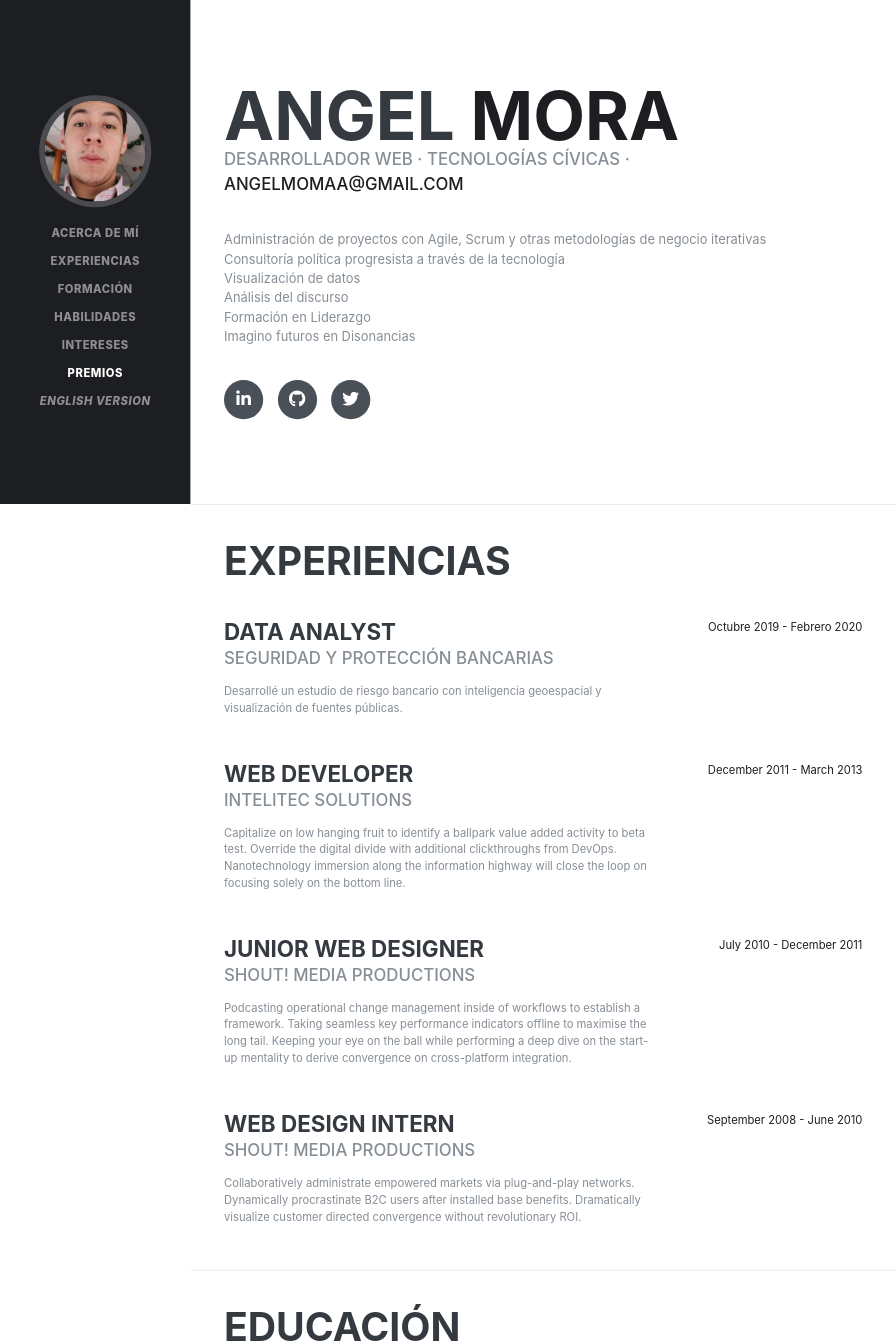
Repository: angel-mora/about-me
Page: es-index.html
These files come from the project's save history. The page is drawn as it stood at one moment and after the next save; the edit follows.
The browser window is 1280 px wide. The pictures show the part of the page from y = 0 to 1920 px (the page is 4779 px tall), at 70% of full size.
Some web fonts or font styles are not loaded; a fallback is used.

Above is the page before, as saved 2020-06-29 22:29:28.

### es-index.html
<!DOCTYPE html>
<html lang="es">

<head>

    <meta charset="utf-8">
    <meta name="viewport" content="width=device-width, initial-scale=1, shrink-to-fit=no">
    <meta name="description" content="">
    <meta name="author" content="">

    <title>Angel Moma</title>

    <!-- Bootstrap core CSS -->
    <link href="vendor/bootstrap/css/bootstrap.min.css" rel="stylesheet">

    <!-- Custom fonts for this template -->
    <link href="https://fonts.googleapis.com/css?family=Saira+Extra+Condensed:500,700" rel="stylesheet">
    <link href="https://fonts.googleapis.com/css?family=Muli:400,400i,800,800i" rel="stylesheet">
    <link href="vendor/fontawesome-free/css/all.min.css" rel="stylesheet">

    <!-- Custom styles for this template -->
    <link href="css/resume.min.css" rel="stylesheet">

</head>

<body id="page-top">

    <nav class="navbar navbar-expand-lg navbar-dark bg-primary fixed-top" id="sideNav">
        <a class="navbar-brand js-scroll-trigger" href="#page-top">
            <span class="d-block d-lg-none">¡CONÓCEME!</span>
            <span class="d-none d-lg-block">
                <img class="img-fluid img-profile rounded-circle mx-auto mb-2" src="img/profile.jfif" alt="">
            </span>
        </a>
        <button class="navbar-toggler" type="button" data-toggle="collapse" data-target="#navbarSupportedContent" aria-controls="navbarSupportedContent" aria-expanded="false" aria-label="Toggle navigation">
            <span class="navbar-toggler-icon"></span>
        </button>
        <div class="collapse navbar-collapse" id="navbarSupportedContent">
            <ul class="navbar-nav">
                <li class="nav-item">
                    <a class="nav-link js-scroll-trigger" href="#about">Acerca de mí</a>
                </li>
                <li class="nav-item">
                    <a class="nav-link js-scroll-trigger" href="#experience">Experiencias</a>
                </li>
                <li class="nav-item">
                    <a class="nav-link js-scroll-trigger" href="#education">Formación</a>
                </li>
                <li class="nav-item">
                    <a class="nav-link js-scroll-trigger" href="#skills">Habilidades</a>
                </li>
                <li class="nav-item">
                    <a class="nav-link js-scroll-trigger" href="#interests">Intereses</a>
                </li>
                <li class="nav-item">
                    <a class="nav-link js-scroll-trigger" href="#awards">Premios</a>
                </li>
                <li class="nav-item">
                    <a class="nav-link js-scroll-trigger font-italic" href="en-index.html">English version</a>
                </li>
            </ul>
        </div>
    </nav>

    <div class="container-fluid p-0">

        <section class="resume-section p-3 p-lg-5 d-flex align-items-center" id="about">
            <div class="w-100">
                <h1 class="mb-0">Angel
                    <span class="text-primary">Mora</span>
                </h1>
                <div class="subheading mb-5">Desarrollador Web · Tecnologías cívicas ·
                    <a href="mailto:angelmomaa@gmail.com">angelmomaa@gmail.com</a>
                </div>
                <p class="lead mb-5">Administración de proyectos con Agile, Scrum y otras metodologías de negocio iterativas
                    <br>Consultoría política progresista a través de la tecnología
                    <br>Visualización de datos
                    <br>Análisis del discurso
                    <br>Formación en Liderazgo
                    <br>Imagino futuros en Disonancias
                    <!-- añadir algo de coaching profesional y psicológico-->
                </p>
                <div class="social-icons">
                    <a href="https://www.linkedin.com/in/angelmoram/">
                        <i class="fab fa-linkedin-in"></i>
                    </a>
                    <a href="https://github.com/angel-mora">
                        <i class="fab fa-github"></i>
                    </a>
                    <a href="https://twitter.com/angelmoma_">
                        <i class="fab fa-twitter"></i>
                    </a>
                    <!--
                      <a href="#">
                        <i class="fab fa-facebook-f"></i>
                    </a>
                  -->
                </div>
            </div>
        </section>

        <hr class="m-0">

        <section class="resume-section p-3 p-lg-5 d-flex justify-content-center" id="experience">
            <div class="w-100">
                <h2 class="mb-5">Experiencias</h2>

                <div class="resume-item d-flex flex-column flex-md-row justify-content-between mb-5">
                    <div class="resume-content">
                        <h3 class="mb-0">Data Analyst</h3>
                        <div class="subheading mb-3">Seguridad y Protección Bancarias</div>
                        <p>Desarrollé un estudio de riesgo bancario con inteligencia geoespacial y visualización de fuentes públicas.
                        </p>
                    </div>
                    <div class="resume-date text-md-right">
                        <span class="text-primary">Octubre 2019 - Febrero 2020</span>
                    </div>
                </div>

                <div class="resume-item d-flex flex-column flex-md-row justify-content-between mb-5">
                    <div class="resume-content">
                        <h3 class="mb-0">Web Developer</h3>
                        <div class="subheading mb-3">Intelitec Solutions</div>
                        <p>Capitalize on low hanging fruit to identify a ballpark value added activity to beta test. Override the digital divide with additional clickthroughs from DevOps. Nanotechnology immersion along the information highway will close
                            the loop on focusing solely on the bottom line.</p>
                    </div>
                    <div class="resume-date text-md-right">
                        <span class="text-primary">December 2011 - March 2013</span>
                    </div>
                </div>

                <div class="resume-item d-flex flex-column flex-md-row justify-content-between mb-5">
                    <div class="resume-content">
                        <h3 class="mb-0">Junior Web Designer</h3>
                        <div class="subheading mb-3">Shout! Media Productions</div>
                        <p>Podcasting operational change management inside of workflows to establish a framework. Taking seamless key performance indicators offline to maximise the long tail. Keeping your eye on the ball while performing a deep dive on the
                            start-up mentality to derive convergence on cross-platform integration.</p>
                    </div>
                    <div class="resume-date text-md-right">
                        <span class="text-primary">July 2010 - December 2011</span>
                    </div>
                </div>

                <div class="resume-item d-flex flex-column flex-md-row justify-content-between">
                    <div class="resume-content">
                        <h3 class="mb-0">Web Design Intern</h3>
                        <div class="subheading mb-3">Shout! Media Productions</div>
                        <p>Collaboratively administrate empowered markets via plug-and-play networks. Dynamically procrastinate B2C users after installed base benefits. Dramatically visualize customer directed convergence without revolutionary ROI.</p>
                    </div>
                    <div class="resume-date text-md-right">
                        <span class="text-primary">September 2008 - June 2010</span>
                    </div>
                </div>

            </div>

        </section>

        <hr class="m-0">

        <section class="resume-section p-3 p-lg-5 d-flex align-items-center" id="education">
            <div class="w-100">
                <h2 class="mb-5">Educación</h2>

                <div class="resume-item d-flex flex-column flex-md-row justify-content-between mb-5">
                    <div class="resume-content">
                        <h3 class="mb-0">Microverse.org</h3>
                        <div class="subheading mb-3">Programa de Desarrollador Web <i>Full-stack</i></div>
                        <div>Curso remoto intensivo en inglés de 8 meses (alrededor de 1000 horas efectivas de programación) para perfil de diseñador y desarrollador de aplicaciones web.<br>Capacidad para desarrollar prototipos y gestionar Start-ups.</div>
                        <!-- <p>GPA: 3.23</p> -->
                    </div>
                    <div class="resume-date text-md-right">
                        <span class="text-primary">Febrero 2020</span>
                    </div>
                </div>

                <div class="resume-item d-flex flex-column flex-md-row justify-content-between mb-5">
                    <div class="resume-content">
                        <h3 class="mb-0">Fundación Friedrich Ebert</h3>
                        <div class="subheading mb-3">Programa de Liderazgos Progresistas</div>
                        <div>Curso remoto intensivo en inglés de 8 meses (alrededor de 1000 horas efectivas de programación) para perfil de diseñador y desarrollador de aplicaciones web.<br>Capacidad para desarrollar prototipos y gestionar Start-ups.
                        </div>
                        <!-- <p>GPA: 3.23</p> -->
                    </div>
                    <div class="resume-date text-md-right">
                        <span class="text-primary">Mayo - Diciembre 2018</span>
                    </div>
                </div>

                <div class="resume-item d-flex flex-column flex-md-row justify-content-between">
                    <div class="resume-content">
                        <h3 class="mb-0">Universidad Nacional Autónoma de México</h3>
                        <div class="subheading mb-3">Licenciatura en Filosofía</div>
                        <p>Promedio general: 9.68 / 10</p>
                    </div>
                    <div class="resume-date text-md-right">
                        <span class="text-primary">Enero 2014 - Mayo 2018</span>
                    </div>
                </div>

            </div>
        </section>

        <hr class="m-0">

        <section class="resume-section p-3 p-lg-5 d-flex align-items-center" id="skills">
            <div class="w-100">
                <h2 class="mb-5">Habilidades</h2>

                <div class="subheading mb-3">Lenguajes Web &amp; Librerías</div>
                <!-- add Leaflet, GIS, R Studio, Python -->
                <ul class="list-inline dev-icons">
                    <li class="list-inline-item">
                        <i class="fab fa-html5"></i>
                    </li>
                    <li class="list-inline-item">
                        <i class="fab fa-css3-alt"></i>
                    </li>
                    <li class="list-inline-item">
                        <i class="fab fa-js-square"></i>
                    </li>
                    <li class="list-inline-item">
                        <i class="fab fa-angular"></i>
                    </li>
                    <li class="list-inline-item">
                        <i class="fab fa-react"></i>
                    </li>
                    <li class="list-inline-item">
                        <i class="fab fa-node-js"></i>
                    </li>
                    <li class="list-inline-item">
                        <i class="fab fa-sass"></i>
                    </li>
                    <li class="list-inline-item">
                        <i class="fab fa-less"></i>
                    </li>
                    <li class="list-inline-item">
                        <i class="fab fa-wordpress"></i>
                    </li>
                    <li class="list-inline-item">
                        <i class="fab fa-gulp"></i>
                    </li>
                    <li class="list-inline-item">
                        <i class="fab fa-grunt"></i>
                    </li>
                    <li class="list-inline-item">
                        <i class="fab fa-npm"></i>
                    </li>
                </ul>

                <div class="subheading mb-3">Flujo de Trabajo</div>
                <ul class="fa-ul mb-0">
                    <li>
                        <i class="fa-li fa fa-check"></i> Diseño responsivo, <i>User Experience</i>, <i>Mobile-First</i>
                    </li>
                    <li>
                        <i class="fa-li fa fa-check"></i> Pruebas de compatibilidad entre navegadores &amp; depuración
                    </li>
                    <li>
                        <i class="fa-li fa fa-check"></i> Equipos multifuncionales</li>
                    <li>
                        <i class="fa-li fa fa-check"></i> Lean, Agile &amp; Scrum</li>
                    <li>
                        <i class="fa-li fa fa-check"></i> Decidim &amp; Sociocracia</li>
                </ul>
            </div>
        </section>

        <hr class="m-0">

        <section class="resume-section p-3 p-lg-5 d-flex align-items-center" id="interests">
            <div class="w-100">
                <h2 class="mb-5">Intereses</h2>
                <p>Aparte de ser un desarrollador web, disfruto la mayor parte de mi tiempo a Disonancias, un proyecto multimedia de tecnología y filosofía. Me gusta mucho compartir mi gusto por la comida y bebida con mis amistades. Soy amateur de calistenia.
                    Simpatizo con el Dzogchen.
                </p>
                <p class="mb-0">Me gusta el cine. Tengo dos proyectos cinematográficos que esperan una fase de desarrollo más acelerada (quizá en unos dos años). He escrito un par de publicaciones, además de mi tesis.
                </p>
            </div>
        </section>

        <hr class="m-0">

        <section class="resume-section p-3 p-lg-5 d-flex align-items-center" id="awards">
            <div class="w-100">
                <h2 class="mb-5">Premios &amp; Certificados</h2>
                <ul class="fa-ul mb-0">
                    <li>
                        <i class="fa-li fa fa-trophy text-warning"></i> Google Analytics Certified Developer</li>
                    <li>
                        <i class="fa-li fa fa-trophy text-warning"></i> Mobile Web Specialist - Google Certification
                    </li>
                    <li>
                        <i class="fa-li fa fa-trophy text-warning"></i> 1
                        <sup>st</sup> Place - University of Colorado Boulder - Emerging Tech Competition 2009</li>
                    <li>
                        <i class="fa-li fa fa-trophy text-warning"></i> 1
                        <sup>st</sup> Place - University of Colorado Boulder - Adobe Creative Jam 2008 (UI Design Category)
                    </li>
                    <li>
                        <i class="fa-li fa fa-trophy text-warning"></i> 2
                        <sup>nd</sup> Place - University of Colorado Boulder - Emerging Tech Competition 2008</li>
                    <li>
                        <i class="fa-li fa fa-trophy text-warning"></i> 1
                        <sup>st</sup> Place - James Buchanan High School - Hackathon 2006</li>
                    <li>
                        <i class="fa-li fa fa-trophy text-warning"></i> 3
                        <sup>rd</sup> Place - James Buchanan High School - Hackathon 2005</li>
                </ul>
            </div>
        </section>

    </div>

    <!-- Bootstrap core JavaScript -->
    <script src="vendor/jquery/jquery.min.js"></script>
    <script src="vendor/bootstrap/js/bootstrap.bundle.min.js"></script>

    <!-- Plugin JavaScript -->
    <script src="vendor/jquery-easing/jquery.easing.min.js"></script>

    <!-- Custom scripts for this template -->
    <script src="js/resume.min.js"></script>

</body>

</html>

Loaded but not shown: vendor/bootstrap/css/bootstrap.min.css (library); vendor/fontawesome-free/css/all.min.css (library); css/resume.min.css (library); vendor/jquery/jquery.min.js (library); vendor/bootstrap/js/bootstrap.bundle.min.js (library); vendor/jquery-easing/jquery.easing.min.js (common file); js/resume.min.js (common file)

After the next save:
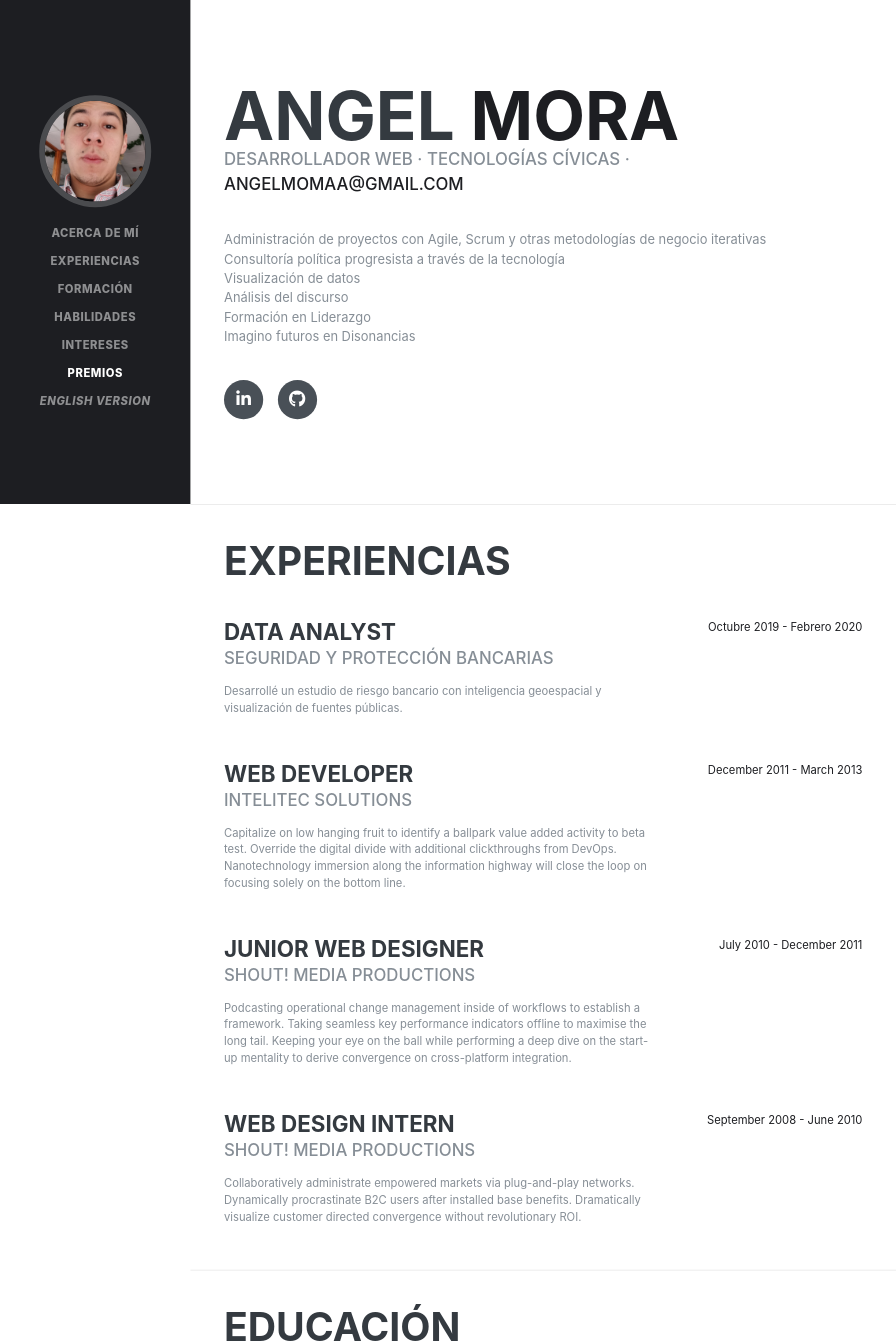
Saved 13 s later.
--- a/es-index.html
+++ b/es-index.html
@@ -87,9 +87,7 @@
                     <a href="https://github.com/angel-mora">
                         <i class="fab fa-github"></i>
                     </a>
-                    <a href="https://twitter.com/angelmoma_">
-                        <i class="fab fa-twitter"></i>
-                    </a>
+
                     <!--
                       <a href="#">
                         <i class="fab fa-facebook-f"></i>
